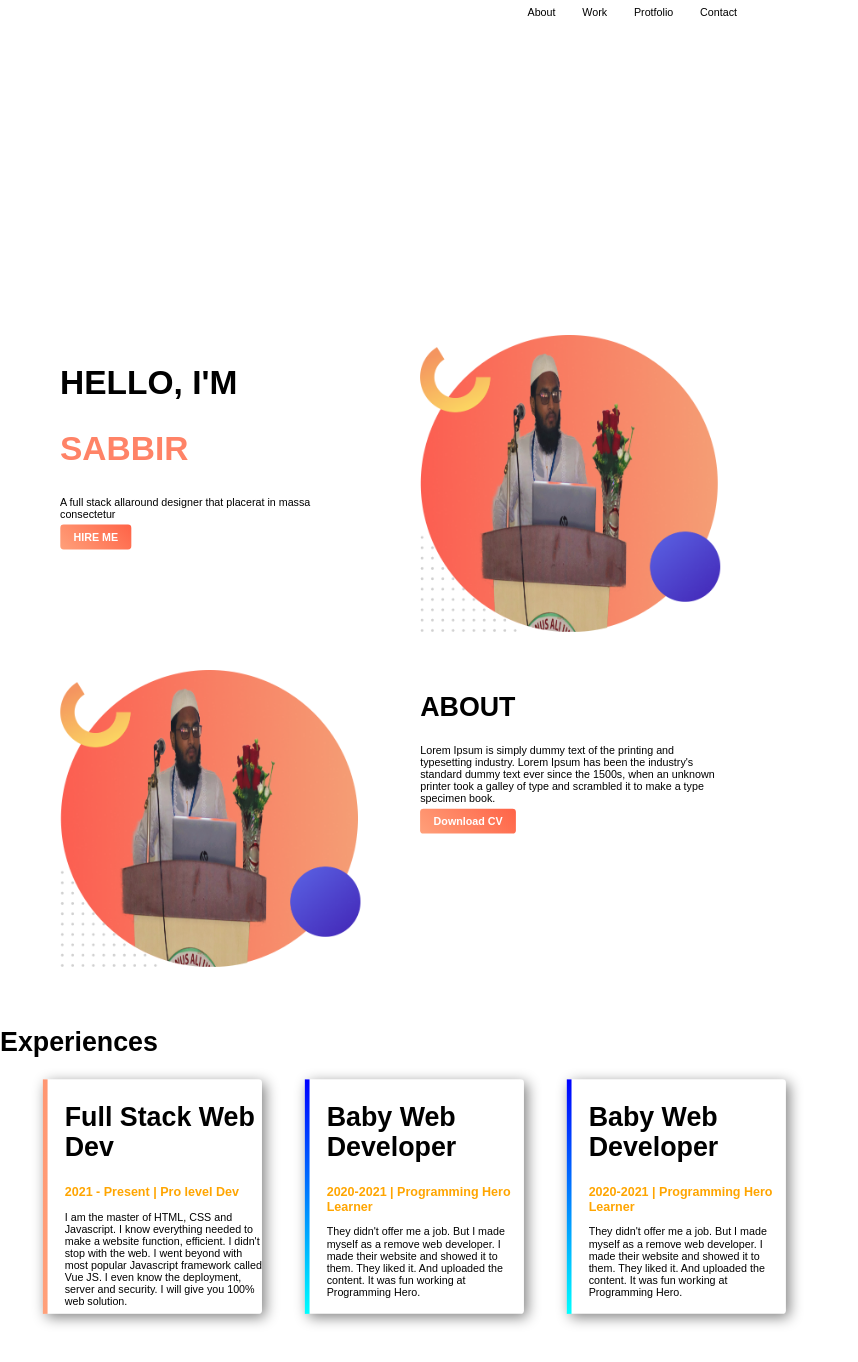
Repository: sabbircse3/personal-website
Page: index.html
These files come from the project's save history. The page is drawn as it stood at one moment and after the next save; the edit follows.
The browser window is 1280 px wide. The pictures show the whole page, at 67% of full size.

Above is the page before, as saved 2021-01-06 00:18:29.

After the next save:
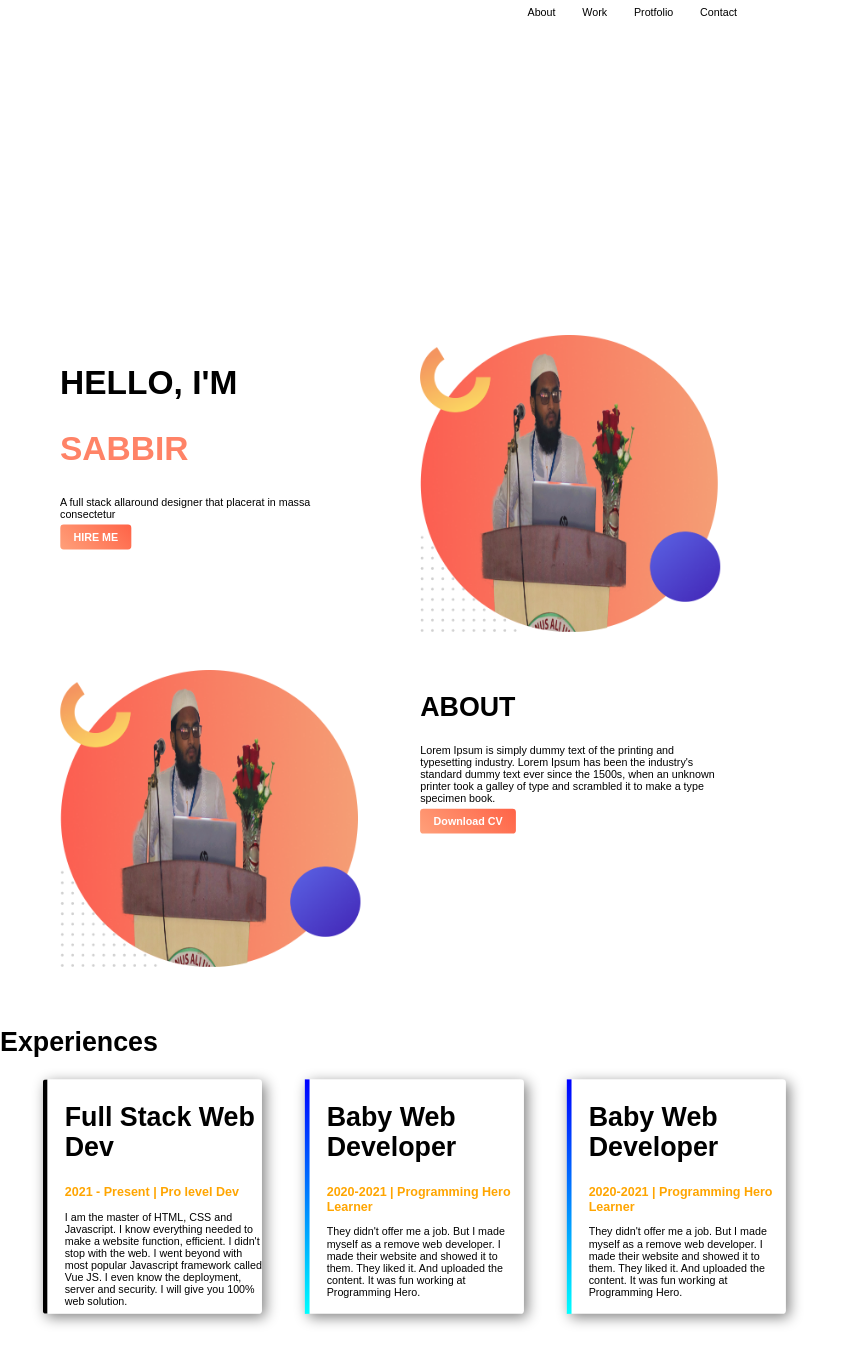
Saved 6 s later.
--- a/style.css
+++ b/style.css
@@ -64,7 +64,7 @@ section{
 }
 #full-stack{
     border-left: 7px solid;
-    border-image: linear-gradient(80deg, lightSalmon, tomato);
+
     border-image-slice: 1;
     background-color: white;
 }
